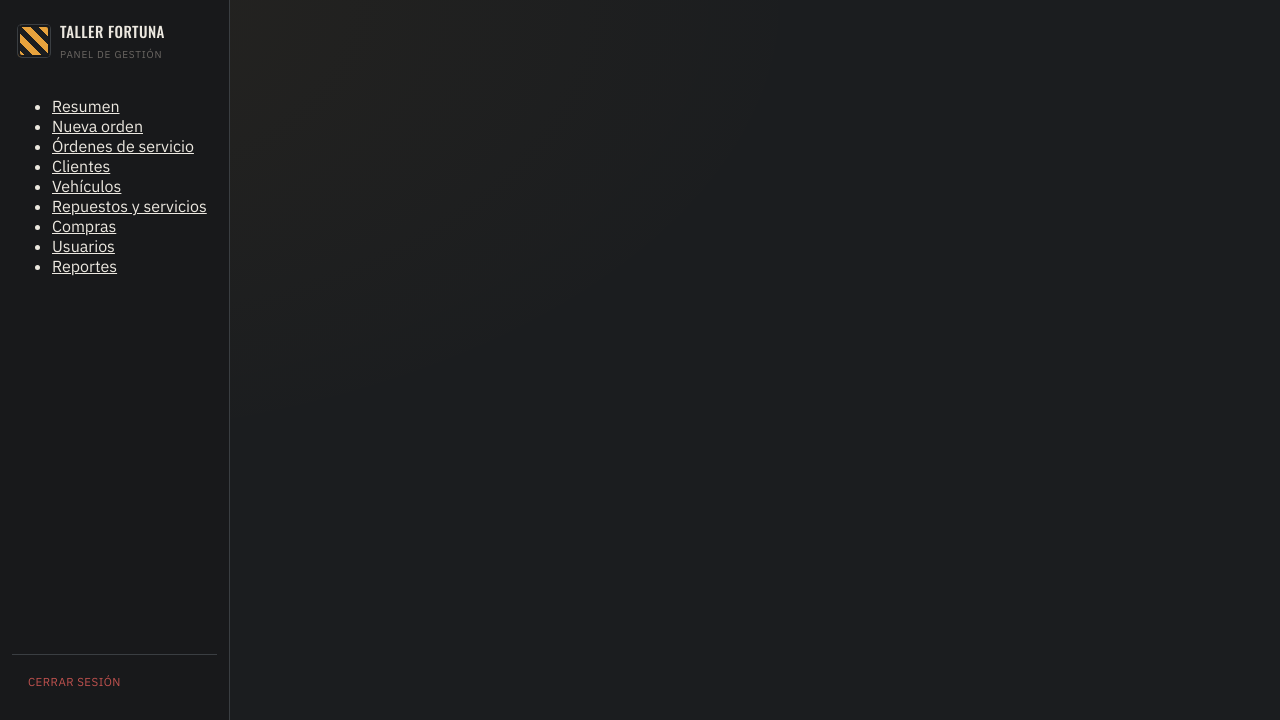
Repository: Santiago1748/ProyectoTallerAutos
Page: http://localhost/TallerMecanico/
The author's editor kept a copy of each file at every save. The page is drawn from the files as they stood at one save, then again after the next save.
The browser window is 1280 px wide. The pictures show the whole page.
The page is served by Tomcat 9.

Above is the page before, as saved 2026-08-04 15:59:48.

After the next save:
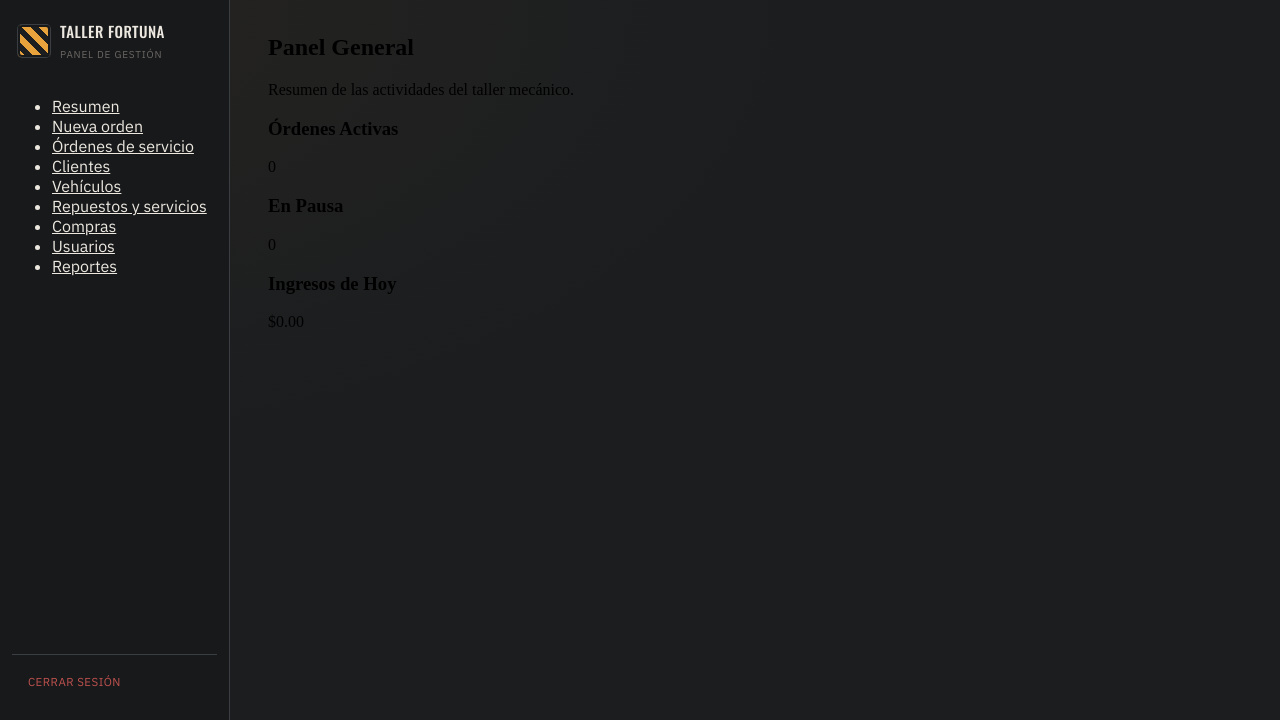
Saved 13 min 49 s later.
--- a/tallerdeAutos - copia/TallerMecanico/src/main/webapp/index.jsp
+++ b/tallerdeAutos - copia/TallerMecanico/src/main/webapp/index.jsp
@@ -21,15 +21,15 @@
     <!-- MENÚ LATERAL TRADICIONAL CON ENLACES DIRECTOS A JSP -->
     <nav id="nav">
       <ul>
-        <li><a href="resumen.jsp">Resumen</a></li>
-        <li><a href="nueva_orden.jsp">Nueva orden</a></li>
-        <li><a href="ordenes.jsp">Órdenes de servicio</a></li>
-        <li><a href="clientes.jsp">Clientes</a></li>
-        <li><a href="vehiculos.jsp">Vehículos</a></li>
-        <li><a href="repuestos.jsp">Repuestos y servicios</a></li>
-        <li><a href="compras.jsp">Compras</a></li>
-        <li><a href="listUsuarios.jsp">Usuarios</a></li>
-        <li><a href="reportes.jsp">Reportes</a></li>
+        <li><a href="resumen.jsp" target="contentFrame">Resumen</a></li>
+        <li><a href="nueva_orden.jsp" target="contentFrame">Nueva orden</a></li>
+        <li><a href="ordenes.jsp" target="contentFrame"">Órdenes de servicio</a></li>
+        <li><a href="clientes.jsp "target="contentFrame">Clientes</a></li>
+        <li><a href="vehiculos.jsp"target="contentFrame">Vehículos</a></li>
+        <li><a href="repuestos.jsp"target="contentFrame">Repuestos y servicios</a></li>
+        <li><a href="compras.jsp"target="contentFrame">Compras</a></li>
+        <li><a href="listUsuarios.jsp"target="contentFrame">Usuarios</a></li>
+        <li><a href="reportes.jsp"target="contentFrame">Reportes</a></li>
       </ul>
     </nav>
     <nav id="nav"></nav>
@@ -39,7 +39,10 @@
       <button class="btn-logout" onclick="logout()">Cerrar sesión</button>
     </div>
   </aside>
-  <main id="main"></main>
+  <main id="main">
+  <iframe name="contentFrame" id="contentFrame" src="dashboard.jsp" style="width: 100%; height: 100%; border: none;"></iframe>
+  </main>
+  </main>
 </div>
 
 <!-- Enlace al archivo JS externo -->
